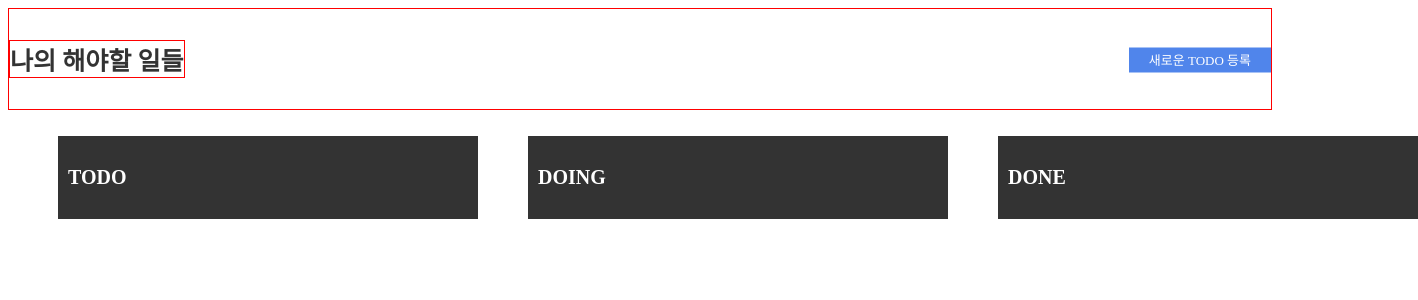
Repository: estellechoi/jsp-project-todo
Page: http://localhost/todo/MainServlet
The author's editor kept a copy of each file at every save. The page is drawn from the files as they stood at one save, then again after the next save.
The browser window is 1280 px wide. The page is 1418 px wide, so the pictures cover 1418 px, including what lies to the right of the window. The pictures show the whole page.
The page is served by Tomcat 9. Queries for data that is not in the repository find no rows.

Above is the page before, as saved 2019-12-08 08:13:21.

After the next save:
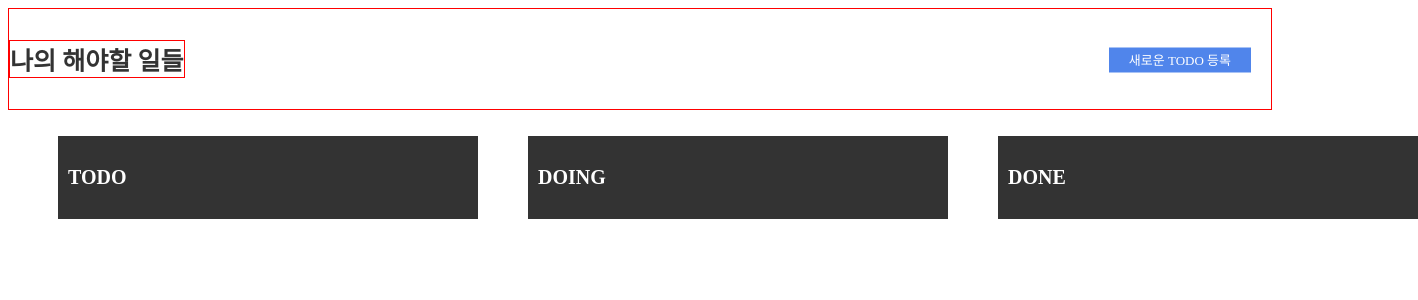
Saved 19 s later.
--- a/todo/src/main/webapp/jsp/main.jsp
+++ b/todo/src/main/webapp/jsp/main.jsp
@@ -44,6 +44,7 @@
 		float: right;
 		position: relative;
 		top: 50%;
+		left: -20px;
 		transform: translateY(-50%);
 	}
 
